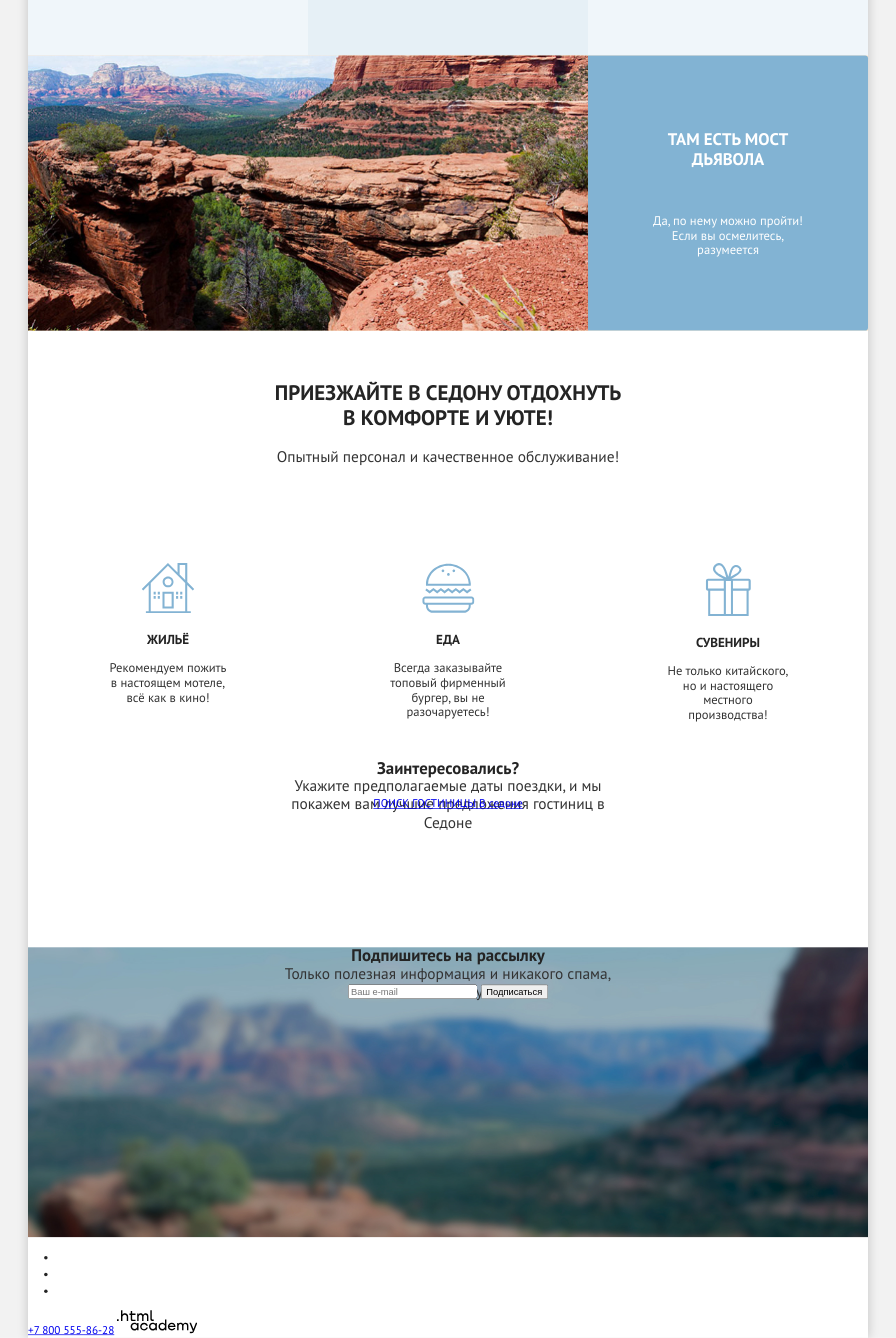
Repository: zakhgagne/2512253-sedona-1
Page: index.html
The author's editor kept a copy of each file at every save. The page is drawn from the files as they stood at one save, then again after the next save.
The browser window is 1280 px wide. The pictures show the part of the page from y = 1516 to 3436 px (the page is 3427 px tall before and 3436 px after), at 70% of full size.

Above is the page before, as saved 2024-05-11 18:15:30.

After the next save:
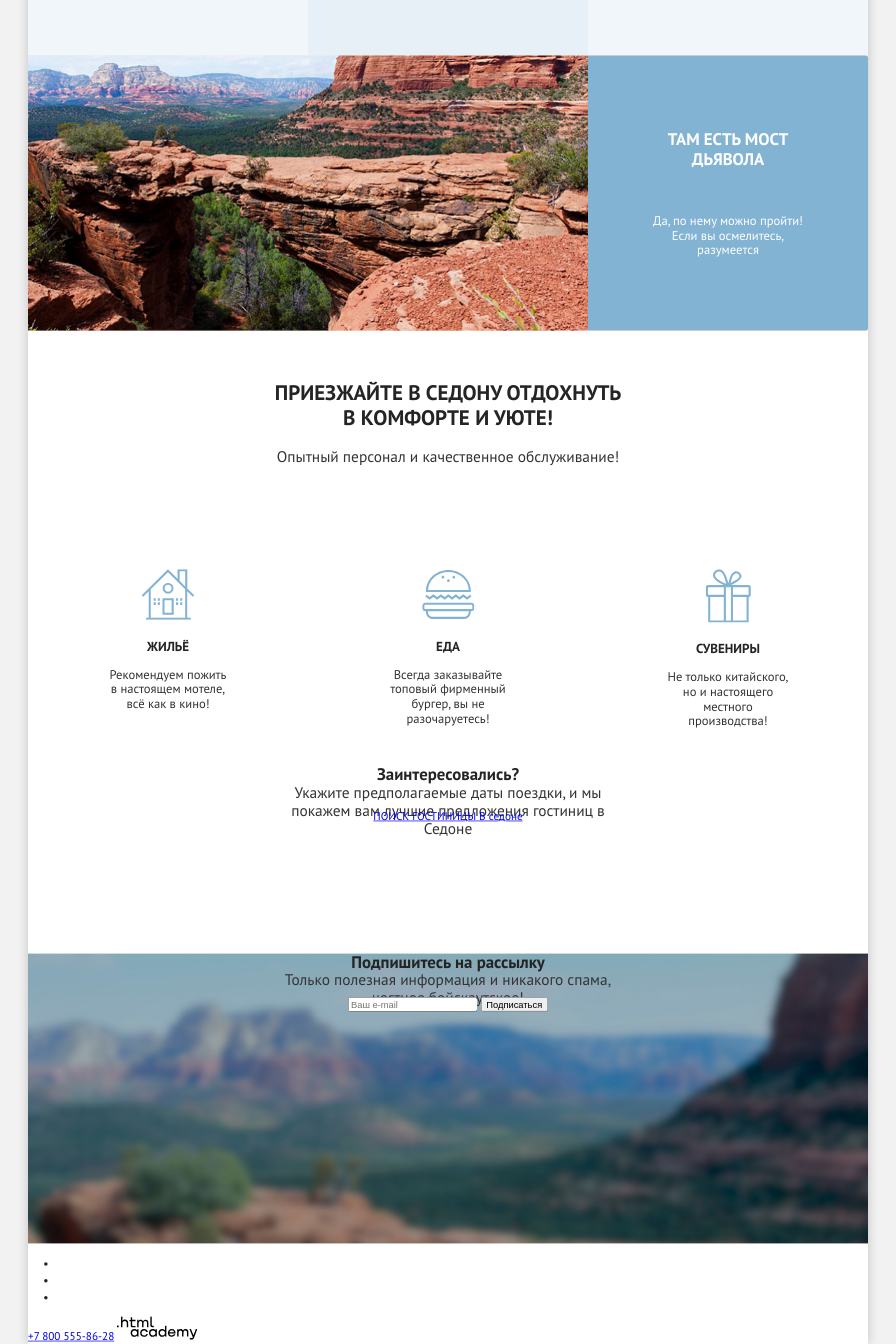
Saved 21 s later.
--- a/styles/styles.css
+++ b/styles/styles.css
@@ -252,7 +252,7 @@
   padding: 0;
   margin: 0 auto;
   width: 490px;
-  height: 26px;
+  height: 35px;
 
   /* Texts/Text basic */
   font-weight: 400;

After the save that followed:
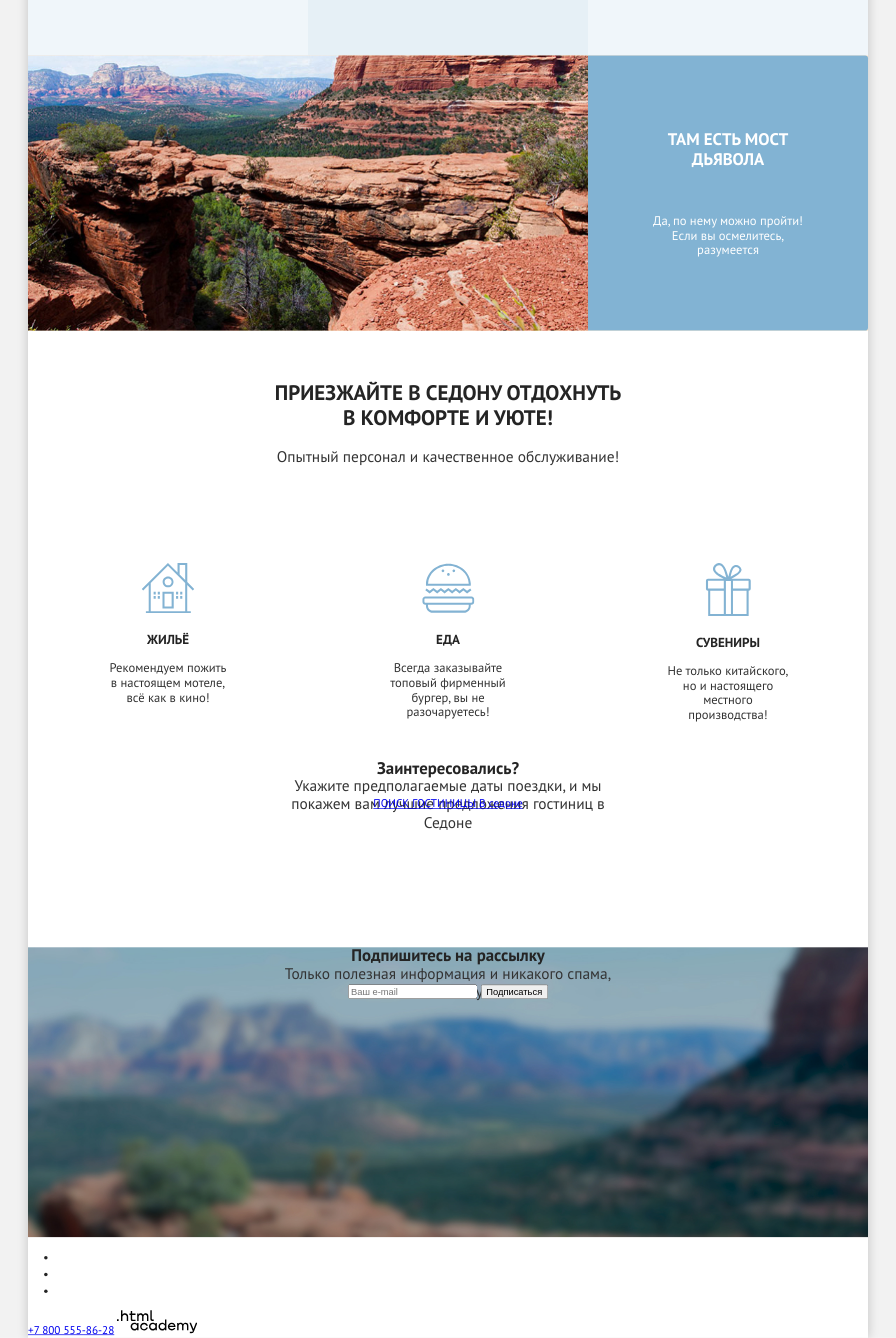
Saved 23 s later.
--- a/styles/styles.css
+++ b/styles/styles.css
@@ -252,7 +252,7 @@
   padding: 0;
   margin: 0 auto;
   width: 490px;
-  height: 35px;
+  height: 26px;
 
   /* Texts/Text basic */
   font-weight: 400;
